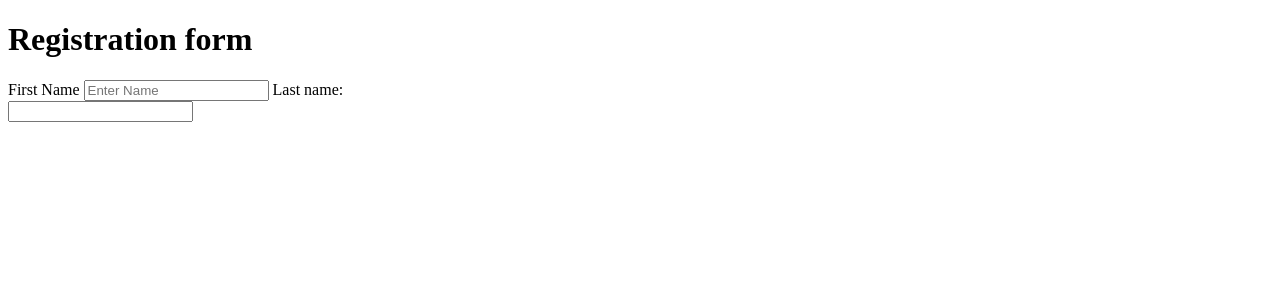
Repository: yuktavyas14/vscode
Page: index.html
The author's editor kept a copy of each file at every save. The page is drawn from the files as they stood at one save, then again after the next save.
The browser window is 1280 px wide. The pictures show the whole page.

Above is the page before, as saved 2021-06-08 15:39:40.

### index.html
<!DOCTYPE html>
<html lang="en">
<head>
    <meta charset="UTF-8">
    <meta http-equiv="X-UA-Compatible" content="IE=edge">
    <meta name="viewport" content="width=device-width, initial-scale=1.0">
    <title>Form</title>
    <link rel="stylesheet" href="style.css">
</head>
<body>
    <h1>Registration form</h1>
    <form>
        <label for="fname">First Name</label>
        <input type="text" placeholder="Enter Name" required >
        <label for="lname">Last name:</label><br>
  <input type="text" id="lname" name="lname" ><br><br>
    </form>
</body>
</html>

Loaded but not shown: style.css (no stored copy; drawn as an empty file)

After the next save:
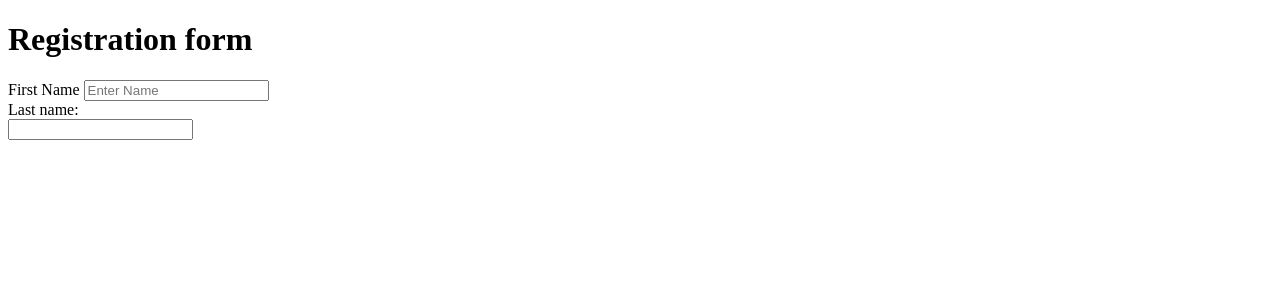
Saved 18 s later.
--- a/index.html
+++ b/index.html
@@ -11,7 +11,7 @@
     <h1>Registration form</h1>
     <form>
         <label for="fname">First Name</label>
-        <input type="text" placeholder="Enter Name" required >
+        <input type="text" placeholder="Enter Name" required ><br>
         <label for="lname">Last name:</label><br>
   <input type="text" id="lname" name="lname" ><br><br>
     </form>
